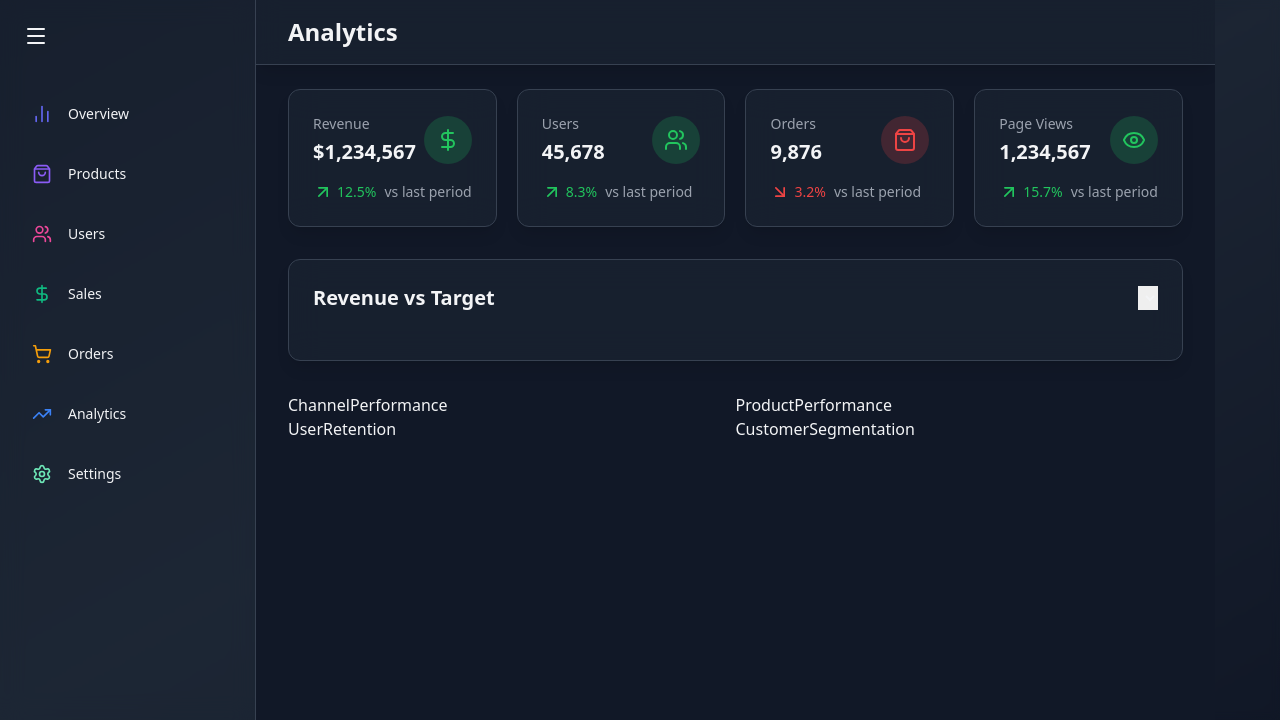
Repository: Abdirabi11/React-dashboard
Page: /analytics
An editor plug-in stored every save of this project. The page is shown before and after the next save, followed by the edit.
The browser window is 1280 px wide. The pictures show the whole page.
The project was rebuilt for these pictures with package versions that can differ from the ones it lists, and the page was loaded fresh each time. Also part of the build but not shown: vite.config.js, src/components/common/StatCard.jsx, src/components/overview/SalesOverviewChart.jsx, src/components/overview/CategoryDistributionChart.jsx, src/components/overview/SalesChannelChart.jsx, src/pages/OverviewPage.jsx, src/components/products/SalesTrendChart.jsx, src/components/products/ProductsTable.jsx and 15 more.

Above is the page before, as saved 2025-07-19 11:22:10.

After the next save:
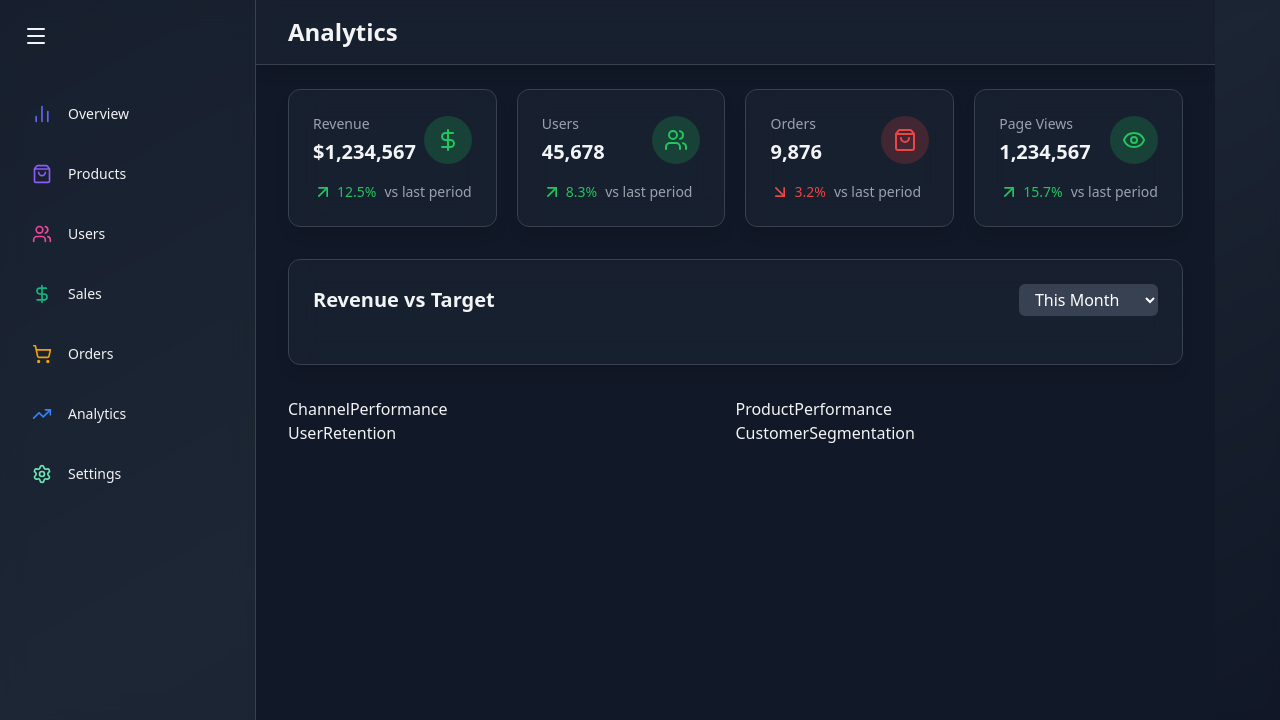
Saved 31 s later.
--- a/src/components/analytics/RevenueChart.jsx
+++ b/src/components/analytics/RevenueChart.jsx
@@ -24,8 +24,15 @@ const RevenueChart = () => {
 		>
       <div className="flex justify-between items-center mb-6">
         <h2 className='text-xl font-semibold text-gray-100'>Revenue vs Target</h2>
-        <select>
-
+        <select
+         className='bg-gray-700 text-white rounded-md px-3 py-1 focus:outline-none focus:ring-2 focus:ring-blue-500'
+         value={selectedTimeRange}
+         onChange={(e) => setSelectedTimeRange(e.target.value)}
+        >
+          <option>This Week</option>
+					<option>This Month</option>
+					<option>This Quarter</option>
+					<option>This Year</option>
         </select>
       </div>
     </motion.div>
